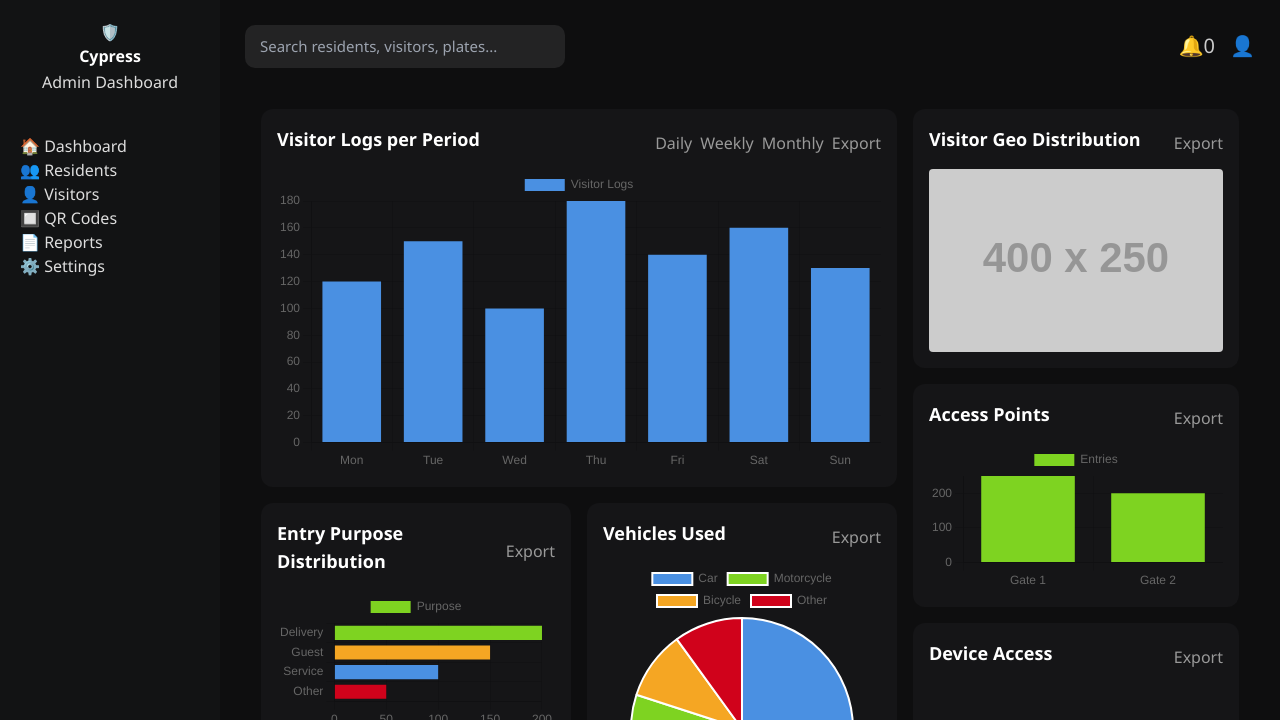
Repository: camuramon/my-project
Page: templates/admin/reports.html
These files come from the project's save history. The page is drawn as it stood at one moment and after the next save; the edit follows.
The browser window is 1280 px wide. The pictures show the whole page.
An inner scrolling area shows only its first screen. Some web libraries are served in a nearby version. The template is drawn by Flask 3. The application's start-up code is not run. The template is opened directly, without the code that normally fills it, so the values that code supplies are empty.

Above is the page before, as saved 2025-09-09 16:46:06.
Console error: TypeError: Cannot read properties of null (reading 'addEventListener')

After the next save:
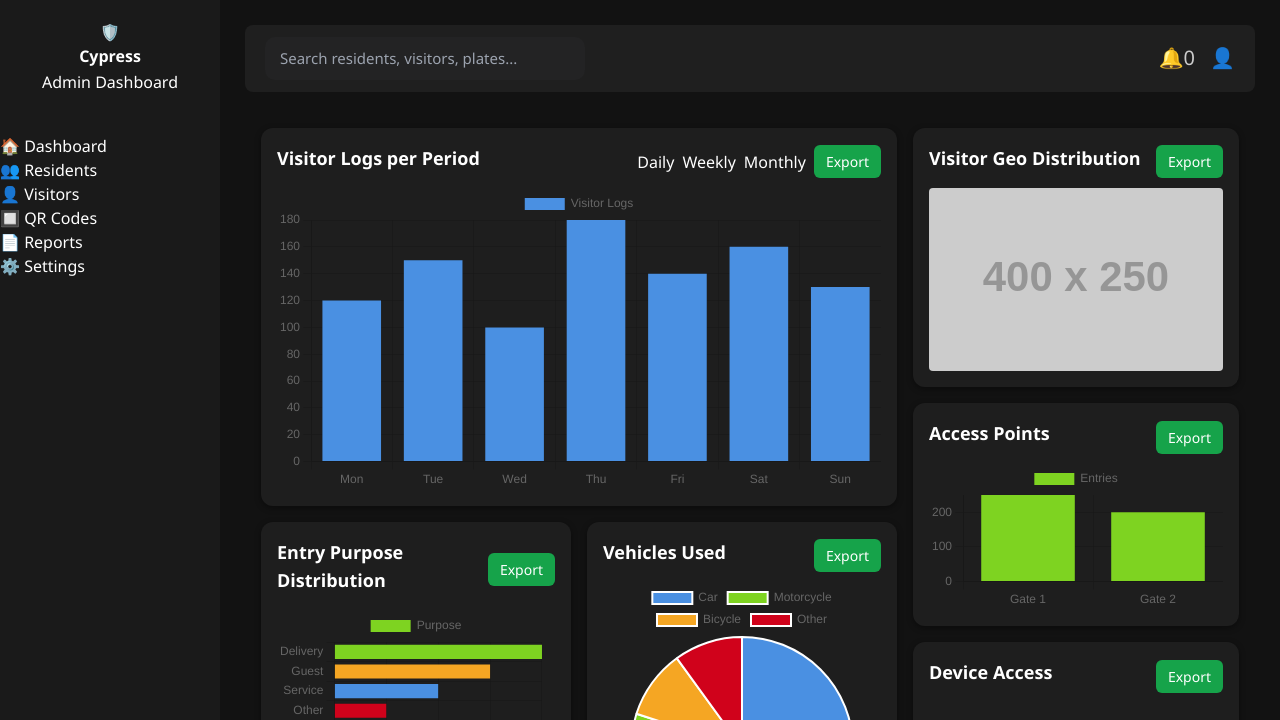
Saved 2 min 2 s later.
--- a/static/css/report.css
+++ b/static/css/report.css
@@ -249,3 +249,69 @@ tbody tr:hover { background-color: #252527; }
 .status.active { background-color: #208f3f; color: white; }
 .status.suspended { background-color: #7e1e1e; color: white; }
 .status.blacklisted { background-color: #a5891e; color: white; }
+/* Layout container */
+.container {
+  display: flex;
+  min-height: 100vh;
+  width: 100%;
+}
+
+/* Sidebar */
+.sidebar {
+  width: 220px;
+  background-color: #1a1a1a;
+  color: #fff;
+  flex-shrink: 0;
+  display: flex;
+  flex-direction: column;
+  padding: 20px 0;
+}
+
+/* Main content */
+.main-content {
+  flex-grow: 1;
+  padding: 25px;
+  background-color: #121212;
+  overflow-y: auto;
+}
+
+/* Top bar */
+.top-bar {
+  display: flex;
+  justify-content: space-between;
+  align-items: center;
+  background: #1f1f1f;
+  padding: 12px 20px;
+  border-radius: 8px;
+  margin-bottom: 20px;
+}
+
+/* Search bar */
+.search-bar input {
+  background: #2a2a2a;
+  border: none;
+  padding: 8px 12px;
+  border-radius: 6px;
+  color: #fff;
+  width: 250px;
+}
+
+/* Card */
+.card {
+  background: #1e1e1e;
+  border-radius: 12px;
+  box-shadow: 0 2px 6px rgba(0,0,0,0.4);
+  color: #fff;
+}
+
+/* Buttons */
+.btn-green {
+  background: #16a34a;
+  color: white;
+  padding: 6px 12px;
+  border-radius: 6px;
+  font-size: 14px;
+}
+.btn-green:hover {
+  background: #22c55e;
+}
